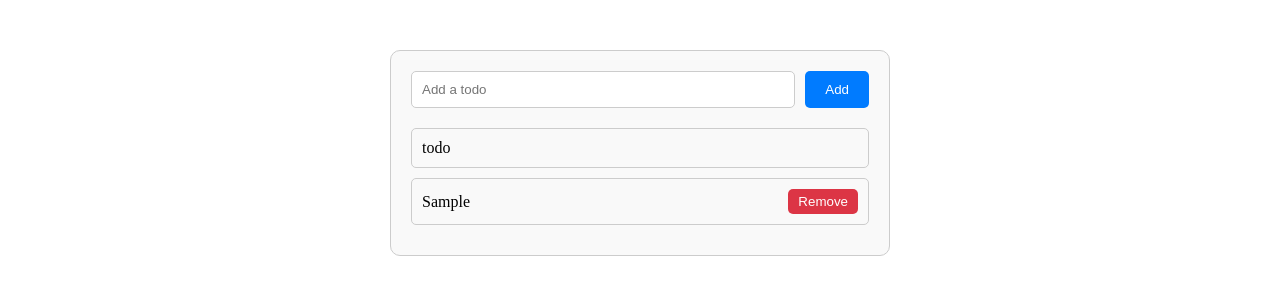
Repository: Fariadd/Vanilla-JS
Page: movieAPI/index.html
These files come from the project's save history. The page is drawn as it stood at one moment and after a run of saves; the edit follows.
The browser window is 1280 px wide. The pictures show the whole page.
Empty fields were first filled with sample values (such as "Sample", 5 or name@example.com).
After loading, the first visible `form.form` was submitted once.

Above is the page before, as saved 2024-10-02 14:12:21.

After the next 2 saves:
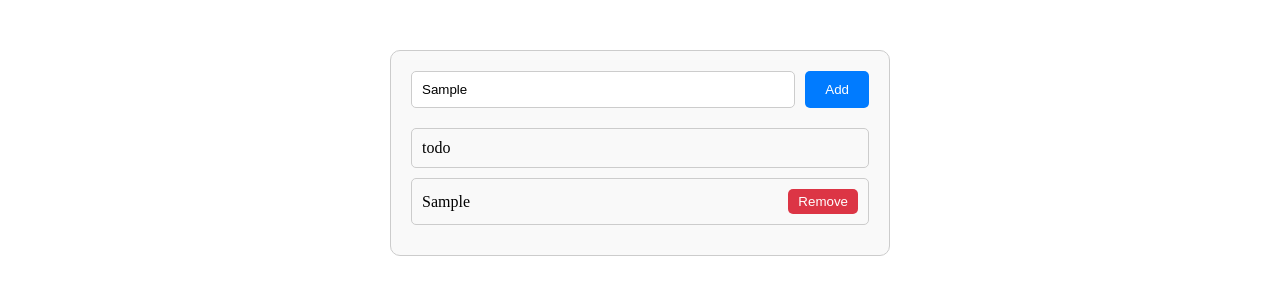
Console error: ReferenceError: existsInList is not defined
The 2 saves are shown as one change because they came seconds apart.
The last was saved 78 s later.
--- a/movieAPI/script.js
+++ b/movieAPI/script.js
@@ -44,6 +44,10 @@ form.addEventListener("submit", (e) => {
 
   createTodo(inputValue);
   addItemToStorage(inputValue);
+  if (existingItem(inputValue)) {
+    alert("item exists");
+    return;
+  }
 
   input.value = "";
 });

After the save that followed:
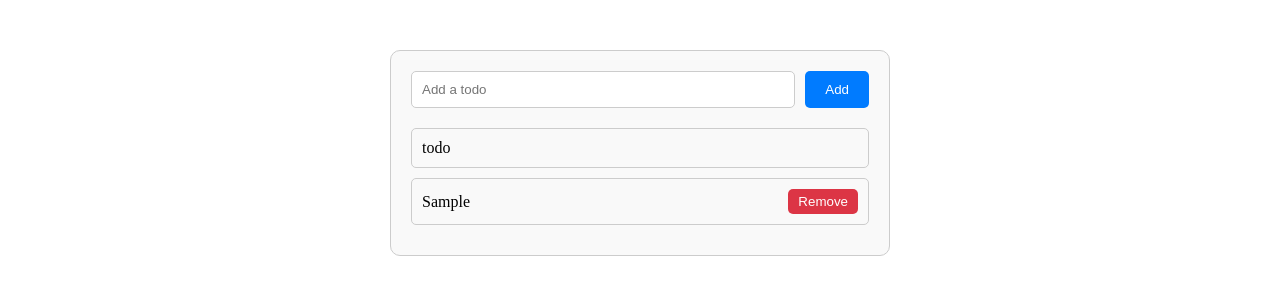
Saved 17 s later.
--- a/movieAPI/script.js
+++ b/movieAPI/script.js
@@ -40,6 +40,8 @@ form.addEventListener("submit", (e) => {
   if (inputValue === "") {
     alert("add a todo");
     return;
+  } else {
+    input.value = "";
   }
 
   createTodo(inputValue);
